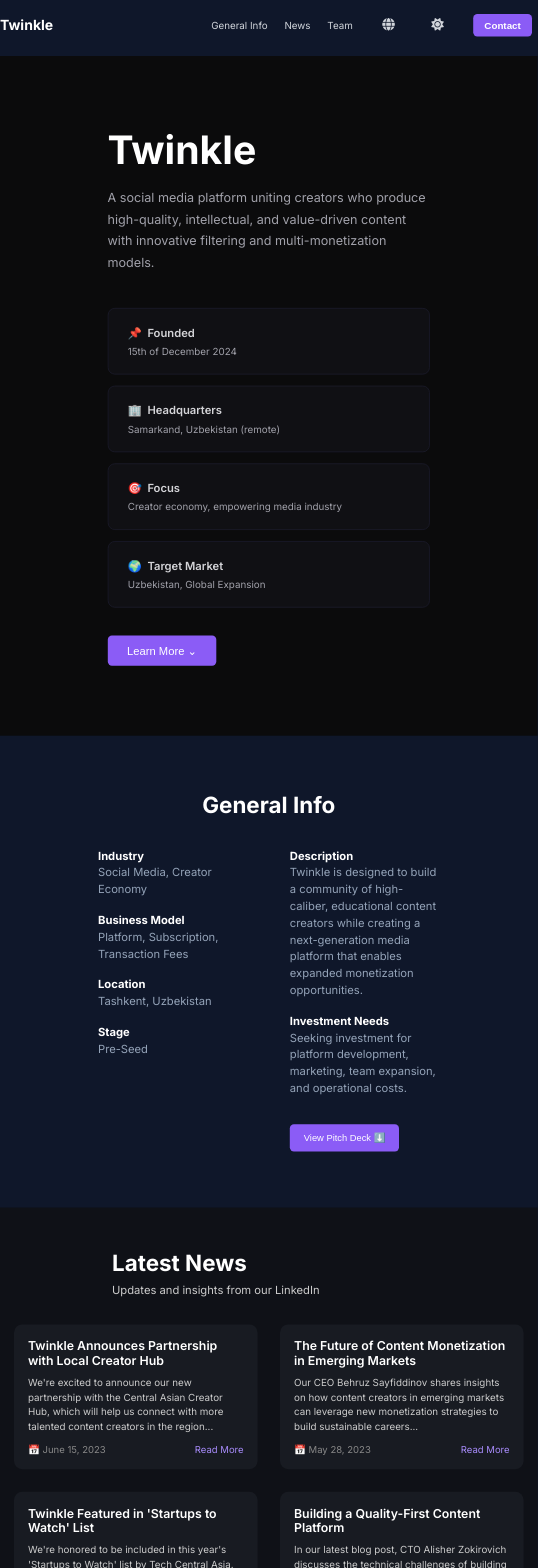
Repository: techboy-33/Twinkle-web
Page: index.html
The author's editor kept a copy of each file at every save. The page is drawn from the files as they stood at one save, then again after the next save.
The browser window is 768 px wide. The pictures show the part of the page from y = 0 to 2240 px (the page is 6280 px tall before and 6504 px after), at 70% of full size.

Above is the page before, as saved 2025-05-15 09:35:31.

### index.html
<!DOCTYPE html>
<html lang="en">

<head>
    <meta charset="UTF-8" />
    <meta name="viewport" content="width=device-width, initial-scale=1.0" />
    <title>Twinkle</title>
    <link href="styles.css" rel="stylesheet" />
    <link href="https://fonts.googleapis.com/css2?family=Inter:wght@400;600;700&display=swap" rel="stylesheet">
    <link rel="stylesheet" href="https://cdnjs.cloudflare.com/ajax/libs/font-awesome/6.5.0/css/all.min.css">
    <link rel="stylesheet" href="./base.css">
    <link rel="stylesheet" href="./responsive.css">
</head>

<body>
    <header class="navbar">
        <div class="container nav-inner">
            <div class="logo">Twinkle</div>
            <div class="nav-right">
                <nav class="nav-links">
                    <a href="#">General Info</a>
                    <a href="#">News</a>
                    <a href="#">Team</a>
                </nav>
                <div class="nav-icons">
                    <button class="icon-btn">
                        <i class="fa-solid fa-globe"></i>
                    </button>
                    <button class="icon-btn" id="theme-toggle">
                        <i class="fa-solid fa-sun"></i>
                    </button>
                    <button class="contact-btn">Contact</button>
                </div>
            </div>
        </div>
    </header>
    <section class="hero">
        <div class="hero-inner">
            <h1>Twinkle</h1>
            <p class="subtitle">
                A social media platform uniting creators who produce high-quality, intellectual, and value-driven
                content with innovative filtering and multi-monetization models.
            </p>

            <div class="info-grid">
                <div class="info-card">
                    <h3>Founded</h3>
                    <p>15th of December 2024</p>
                </div>
                <div class="info-card">
                    <h3>Headquarters</h3>
                    <p>Samarkand, Uzbekistan (remote)</p>
                </div>
                <div class="info-card">
                    <h3>Focus</h3>
                    <p>Creator economy, empowering media industry</p>
                </div>
                <div class="info-card">
                    <h3>Target Market</h3>
                    <p>Uzbekistan, Global Expansion</p>
                </div>
            </div>

            <button class="learn-btn">Learn More ⌄</button>
        </div>
    </section>
    <main class="container">
        <section class="general-info">
            <h2>General Info</h2>
            <div class="info-columns">
                <div class="left">
                    <p><strong>Industry</strong><br>Social Media, Creator Economy</p>
                    <p><strong>Business Model</strong><br>Platform, Subscription, Transaction Fees</p>
                    <p><strong>Location</strong><br>Tashkent, Uzbekistan</p>
                    <p><strong>Stage</strong><br>Pre-Seed</p>
                </div>
                <div class="right">
                    <p><strong>Description</strong><br>
                        Twinkle is designed to build a community of high-caliber, educational content creators while
                        creating a next-generation media platform that enables expanded monetization opportunities.
                    </p>
                    <p><strong>Investment Needs</strong><br>
                        Seeking investment for platform development, marketing, team expansion, and operational costs.
                    </p>
                    <button class="pitch-btn">View Pitch Deck ⬇️</button>
                </div>
            </div>
        </section>
    </main>
    <section class="news-section">
        <div class="container">
            <h2 class="news-title">Latest News</h2>
            <p class="news-subtitle">Updates and insights from our LinkedIn</p>

            <div class="news-grid">
                <!-- News Card 1 -->
                <div class="news-card">
                    <h3>Twinkle Announces Partnership with Local Creator Hub</h3>
                    <p>We're excited to announce our new partnership with the Central Asian Creator Hub, which will help
                        us connect with more talented content creators in the region...</p>
                    <div class="news-meta">
                        <span>📅 June 15, 2023</span>
                        <a href="#">Read More</a>
                    </div>
                </div>

                <!-- News Card 2 -->
                <div class="news-card">
                    <h3>The Future of Content Monetization in Emerging Markets</h3>
                    <p>Our CEO Behruz Sayfiddinov shares insights on how content creators in emerging markets can
                        leverage new monetization strategies to build sustainable careers...</p>
                    <div class="news-meta">
                        <span>📅 May 28, 2023</span>
                        <a href="#">Read More</a>
                    </div>
                </div>

                <!-- News Card 3 -->
                <div class="news-card">
                    <h3>Twinkle Featured in 'Startups to Watch' List</h3>
                    <p>We're honored to be included in this year's 'Startups to Watch' list by Tech Central Asia. This
                        recognition highlights our innovative approach to content creation...</p>
                    <div class="news-meta">
                        <span>📅 April 10, 2023</span>
                        <a href="#">Read More</a>
                    </div>
                </div>

                <!-- News Card 4 -->
                <div class="news-card">
                    <h3>Building a Quality-First Content Platform</h3>
                    <p>In our latest blog post, CTO Alisher Zokirovich discusses the technical challenges of building a
                        platform that prioritizes quality content while maintaining scalability...</p>
                    <div class="news-meta">
                        <span>📅 March 22, 2023</span>
                        <a href="#">Read More</a>
                    </div>
                </div>
            </div>

            <div class="view-all-wrapper">
                <button class="view-all-btn">View All Updates ⤵</button>
            </div>
        </div>
    </section>
    <section class="team-section">
        <div class="container">
            <h2 class="team-title">Our Team</h2>
            <p class="team-subtitle">Meet the passionate minds behind Twinkle</p>

            <div class="team-grid">
                <!-- Team Members -->
                <div class="team-card">
                    <img src="https://encrypted-tbn0.gstatic.com/images?q=tbn:ANd9GcR9CMIiPoEBXCQ0sEX700hf1_gQ1kkmD3HA4w&s"
                        alt="Behruz">
                    <h3>Behruz Sayfiddinov</h3>
                    <p class="role">Co-founder & CEO</p>
                    <p class="desc">Background in startups, business development & media.</p>
                    <div class="icons">
                        <a href="#"><i class="fas fa-envelope"></i></a>
                        <a href="#"><i class="fab fa-linkedin-in"></i></a>
                    </div>
                </div>

                <div class="team-card">
                    <img src="https://encrypted-tbn0.gstatic.com/images?q=tbn:ANd9GcR9CMIiPoEBXCQ0sEX700hf1_gQ1kkmD3HA4w&s"
                        alt="Alisher">
                    <h3>Alisher Zokirovich</h3>
                    <p class="role">Founder & CTO</p>
                    <p class="desc">Responsible for tech development and product vision.</p>
                    <div class="icons">
                        <a href="#"><i class="fas fa-envelope"></i></a>
                        <a href="#"><i class="fab fa-linkedin-in"></i></a>
                    </div>
                </div>

                <div class="team-card">
                    <img src="https://encrypted-tbn0.gstatic.com/images?q=tbn:ANd9GcR9CMIiPoEBXCQ0sEX700hf1_gQ1kkmD3HA4w&s"
                        alt="Member">
                    <h3>Le Minh Hoan</h3>
                    <p class="role">Frontend Developer</p>
                    <p class="desc">Creating seamless user experiences and interfaces.</p>
                    <div class="icons">
                        <a href="#"><i class="fas fa-envelope"></i></a>
                        <a href="#"><i class="fab fa-linkedin-in"></i></a>
                    </div>
                </div>

                <div class="team-card">
                    <img src="https://encrypted-tbn0.gstatic.com/images?q=tbn:ANd9GcR9CMIiPoEBXCQ0sEX700hf1_gQ1kkmD3HA4w&s"
                        alt="Member">
                    <h3>Doston Imomaliyev</h3>
                    <p class="role">Backend Developer</p>
                    <p class="desc">Building robust backend systems.</p>
                    <div class="icons">
                        <a href="#"><i class="fas fa-envelope"></i></a>
                        <a href="#"><i class="fab fa-linkedin-in"></i></a>
                    </div>
                </div>

                <div class="team-card">
                    <img src="https://encrypted-tbn0.gstatic.com/images?q=tbn:ANd9GcR9CMIiPoEBXCQ0sEX700hf1_gQ1kkmD3HA4w&s"
                        alt="Member">
                    <h3>Xojiakbar Sobirjonov</h3>
                    <p class="role">UX/UI Designer</p>
                    <p class="desc">Creating intuitive and beautiful user experiences.</p>
                    <div class="icons">
                        <a href="#"><i class="fas fa-envelope"></i></a>
                        <a href="#"><i class="fab fa-linkedin-in"></i></a>
                    </div>
                </div>
            </div>
        </div>
    </section>
    <section class="find-us-section">
        <div class="container">
            <h2 class="find-us-title">You can <span>Find Us</span></h2>
            <p class="find-us-subtitle">Connect with Twinkle across various platforms</p>
            <div class="find-us-grid">
                <div class="find-us-card linkedin">
                    <i class="fab fa-linkedin-in"></i>
                    <h3>LinkedIn</h3>
                    <p>linkedin.com/company/twinkle-uz</p>
                </div>
                <div class="find-us-card startup-base">
                    <i class="fas fa-globe"></i>
                    <h3>Startup Base</h3>
                    <p>startupbase.uz/en/startups/39</p>
                </div>
                <div class="find-us-card amazon">
                    <i class="fas fa-seedling"></i>
                    <h3>Amazon Startups</h3>
                    <p>AWS Startup Showcase</p>
                </div>
                <div class="find-us-card instagram">
                    <i class="fab fa-instagram"></i>
                    <h3>Instagram</h3>
                    <p>instagram.com/twinkle_uzbekistan</p>
                </div>
                <div class="find-us-card telegram">
                    <i class="fab fa-telegram-plane"></i>
                    <h3>Telegram</h3>
                    <p>t.me/twinkle_uzbekistan</p>
                </div>
            </div>
        </div>
    </section>
    <section class="contact-section">
        <div class="container contact-container">
            <h2 class="contact-title">Contact Us</h2>
            <p class="contact-description">
                Interested in learning more about Twinkle or discussing investment opportunities? We’d love to hear from
                you.
            </p>

            <div class="contact-methods">
                <div class="contact-box">
                    <i class="fas fa-envelope"></i>
                    <p>info@twinkle.com</p>
                </div>
                <div class="contact-box">
                    <i class="fab fa-linkedin-in"></i>
                    <p>LinkedIn</p>
                </div>
            </div>

            <form class="contact-form">
                <div class="form-row">
                    <input type="text" placeholder="Name" required />
                    <input type="email" placeholder="Email" required />
                </div>
                <input type="text" placeholder="Subject" required />
                <textarea placeholder="Message" rows="5" required></textarea>
                <button type="submit" class="send-btn">Send Message</button>
            </form>
        </div>

    </section>
    <footer class="contact-footer">
        <p class="footer-brand">Twinkle</p>
        <p class="footer-rights">© 2025 Twinkle, Inc. All rights reserved.</p>
    </footer>
    <script src="./js.js"></script>
</body>

</html>

### styles.css
* {
  margin: 0;
  padding: 0;
  box-sizing: border-box;
}

body {
  margin: 0;
  background-color: #0f172a;
  font-family: 'Inter', sans-serif;
  color: #cbd5e1;
  padding-top: 80px;
}

.container {
  max-width: 1200px;
  margin: 0 auto;
}

.navbar {
  position: fixed;
  top: 0;
  width: 100%;
  background-color: #0f172a;
  z-index: 1000;
  padding: 20px 0;
}

.nav-inner {
  display: flex;
  justify-content: space-between;
  align-items: center;
}

.hero {
  background-color: #0b0b0c;
  color: #fff;
  padding: 100px 0;
}

.hero-inner {
  padding: 0 20%;
  display: flex;
  flex-direction: column;
  align-items: flex-start;
}


.logo {
  font-size: 20px;
  font-weight: 700;
  color: white;
}

.nav-right {
  display: flex;
  align-items: center;
  gap: 24px;
}

.nav-links {
  display: flex;
  gap: 24px;
}

.nav-links a {
  text-decoration: none;
  color: #d1d5db;
  font-weight: 500;
  font-size: 14px;
}

.nav-icons {
  width: 240px;
  display: flex;
  align-items: center;
  justify-content: space-around;
  gap: 16px;
}

.icon-btn {
  background: none;
  border: none;
  color: #d1d5db;
  font-size: 18px;
  cursor: pointer;
}
.icon-btn i {
  padding: 5px 10px;
}

.contact-btn {
  background-color: #8b5cf6;
  border: none;
  color: white;
  padding: 8px 16px;
  border-radius: 6px;
  font-weight: 600;
  font-size: 14px;
  cursor: pointer;
}


.main-container {
  max-width: 1200px;
  margin: 60px auto;
  padding-left: 60px;
  display: flex;
  justify-content: flex-start;
}


.hero-inner h1 {
  font-size: 56px;
  font-weight: 800;
  margin-bottom: 20px;
}

.subtitle {
  font-size: 18px;
  max-width: 720px;
  color: #a1a1aa;
  margin-bottom: 50px;
  line-height: 1.7;
}

.info-grid {
  display: grid;
  grid-template-columns: repeat(2, 1fr);
  gap: 24px 40px;
  width: 100%;
  margin-bottom: 40px;
}

.info-card {
  background-color: #101014;
  padding: 24px 28px;
  border: 1px solid #1e1e2e;
  border-radius: 10px;
  display: flex;
  flex-direction: column;
  gap: 8px;
}

.info-card h3 {
  font-size: 16px;
  color: #d4d4d8;
  font-weight: 600;
  display: flex;
  align-items: center;
  gap: 8px;
}

.info-card h3::before {
  content: '📌';
  color: #a855f7;
}

.info-card:nth-child(2) h3::before {
  content: '🏢';
}

.info-card:nth-child(3) h3::before {
  content: '🎯';
}

.info-card:nth-child(4) h3::before {
  content: '🌍';
}

.info-card p {
  font-size: 14px;
  color: #a1a1aa;
}

.learn-btn {
  background-color: #8b5cf6;
  color: white;
  padding: 12px 28px;
  font-size: 16px;
  border-radius: 6px;
  border: none;
  cursor: pointer;
  transition: background 0.3s ease;
}

.learn-btn:hover {
  background-color: #7c3aed;
}

/* General Info Section */
.general-info {
  padding: 80px 140px;
}

.general-info h2 {
  text-align: center;
  font-size: 32px;
  color: white;
  margin-bottom: 40px;
}

.info-columns {
  display: flex;
  gap: 60px;
  justify-content: space-between;
}

.info-columns .left,
.info-columns .right {
  flex: 1;
}

.info-columns p {
  margin-bottom: 20px;
  color: #94a3b8;
  line-height: 24px;
}

.info-columns strong {
  color: white;
}

/* Pitch Deck Button */
.pitch-btn {
  background-color: #8b5cf6;
  color: white;
  border: none;
  padding: 12px 20px;
  font-weight: 500;
  border-radius: 6px;
  margin-top: 20px;
  cursor: pointer;
}

/* new section */
.news-section {
  background-color: #0f1117;
  color: #fff;
  padding: 60px 20px;
}

.news-title {
  font-size: 2rem;
  font-weight: 700;
  margin-bottom: 8px;
  padding-left: 140px;
}

.news-subtitle {
  color: #ccc;
  margin-bottom: 40px;
  padding-left: 140px;

}

.news-grid {
  display: grid;
  grid-template-columns: repeat(2, 1fr);
  gap: 32px;
  max-width: 1200px;
  margin: 0 auto;
}

.news-card {
  background-color: #181b22;
  border-radius: 12px;
  padding: 20px;
  transition: background 0.3s;
}

.news-card h3 {
  font-size: 1.1rem;
  font-weight: 600;
  margin-bottom: 10px;
}

.news-card p {
  font-size: 14px;
  line-height: 1.5;
  color: #ccc;
}

.news-meta {
  display: flex;
  justify-content: space-between;
  align-items: center;
  font-size: 0.85rem;
  margin-top: 15px;
  color: #888;
}

.news-meta a {
  color: #a78bfa;
  text-decoration: none;
  font-weight: 500;
}

.view-all-wrapper {
  text-align: center;
  margin-top: 40px;
}

.view-all-btn {
  background-color: #1f2230;
  color: #fff;
  padding: 10px 20px;
  border-radius: 8px;
  border: 1px solid #333;
  cursor: pointer;
  transition: all 0.2s ease;
}

.view-all-btn:hover {
  background-color: #2c2f3e;
}

/* team section */
.team-section {
  padding: 4rem 1rem;
  background-color: #0f121e;
  color: white;
  text-align: center;
}

.team-title {
  font-size: 2.5rem;
  margin-bottom: 0.5rem;
}

.team-subtitle {
  font-size: 1.1rem;
  margin-bottom: 4rem;
  color: #aaa;
}

.team-grid {
  display: flex;
  flex-wrap: wrap;
  justify-content: center;
  gap: 2rem;
}

.team-card {
  background-color: #131829;
  border-radius: 12px;
  padding: 2rem 1.5rem;
  width: 360px;
  text-align: center;
  box-shadow: 0 0 10px rgba(0, 0, 0, 0.2);
}

.team-card img {
  width: 110px;
  height: 110px;
  border-radius: 50%;
  background-color: white;
  object-fit: cover;
  margin-bottom: 1rem;
}

.team-card h3 {
  font-size: 1.25rem;
  margin-bottom: 0.25rem;
}

.team-card .role {
  font-weight: bold;
  color: #9f70ff;
  margin-bottom: 0.5rem;
}

.team-card .desc {
  font-size: 0.95rem;
  color: #aaa;
  margin-bottom: 1rem;
}

.team-card .icons a {
  color: white;
  margin: 0 0.5rem;
  font-size: 1.1rem;
}


.icons a:hover {
  color: #a76cff;
}

/* Find Us */
.find-us-section {
  background-color: #0e1117;
  padding: 80px 20px;
  text-align: center;
  color: #fff;
}

.find-us-title {
  font-size: 2rem;
  font-weight: 700;
  margin-bottom: 10px;
}

.find-us-title span {
  color: #ffffffcc;
}

.find-us-subtitle {
  color: #c0c0c0;
  margin-bottom: 50px;
  font-size: 1rem;
}

.find-us-grid {
  display: flex;
  flex-wrap: wrap;
  justify-content: start;
  gap: 20px;
}

.find-us-card {
  background-color: #0b0d13;
  border: 1px solid #1f1f1f;
  border-radius: 12px;
  padding: 30px;
  width: 360px;
  text-align: center;
  transition: all 0.3s ease;
}

.find-us-card:hover {
  transform: translateY(-5px);
  border-color: #2c7cf4;
}

.find-us-card i {
  font-size: 2rem;
  margin-bottom: 15px;
  display: block;
}

.find-us-card h3 {
  font-size: 1.1rem;
  font-weight: 600;
  margin-bottom: 5px;
}

.find-us-card p {
  font-size: 0.9rem;
  color: #999;
}

/* Optional: Different icon colors per platform */
.find-us-card.linkedin i {
  color: #0077b5;
}

.find-us-card.startup-base i {
  color: #00cc66;
}

.find-us-card.amazon i {
  color: #ff9900;
}

.find-us-card.instagram i {
  color: #e1306c;
}

.find-us-card.telegram i {
  color: #0088cc;
}

/* Contact */
.contact-section {
  background-color: #1a222e;
  color: #fff;
  padding: 60px 20px 20px;
  font-family: 'Inter', sans-serif;
}

.contact-container {
  display: flex;
  flex-direction: column;
  align-items: center;
  max-width: 700px;
  margin: 0 auto;
  text-align: center;
}

.contact-title {
  font-size: 2rem;
  font-weight: 700;
  margin-bottom: 10px;
}

.contact-description {
  font-size: 0.95rem;
  color: #a0aec0;
  margin-bottom: 30px;
}

.contact-methods {
  display: flex;
  justify-content: center;
  gap: 20px;
  margin-bottom: 40px;
}

.contact-box {
  background-color: #191c24;
  padding: 20px;
  border-radius: 10px;
  width: 150px;
  color: #fff;
  display: flex;
  flex-direction: column;
  align-items: center;
}

.contact-box i {
  font-size: 1.2rem;
  color: #9b5df7;
  margin-bottom: 10px;
}

.contact-form {
  display: flex;
  flex-direction: column;
  gap: 15px;
  width: 600px;
}

.form-row {
  display: flex;
  gap: 10px;
}

.form-row input {
  flex: 1;
}

.contact-form input,
.contact-form textarea {
  background-color: #191c24;
  border: none;
  border-radius: 5px;
  padding: 10px;
  color: #fff;
  font-size: 0.95rem;
}

.contact-form input::placeholder,
.contact-form textarea::placeholder {
  color: #718096;
}

.send-btn {
  background-color: #9b5df7;
  color: white;
  padding: 12px;
  border: none;
  border-radius: 6px;
  font-weight: 600;
  cursor: pointer;
  transition: background 0.3s;
}

.send-btn:hover {
  background-color: #7a3fdd;
}

.contact-footer {
  padding: 30px 20px;
  border-top: 1px solid #2d3748;
  display: flex;
  background-color: #0e121b;
  justify-content: space-around;
}

.footer-brand {
  font-weight: bold;
  margin-bottom: 5px;
}

.footer-rights {
  font-size: 0.8rem;
  color: #a0aec0;
}

### base.css
body.light-mode {
  background-color: #ffffff;
  color: #111111;
}

body.light-mode .navbar,
body.light-mode .hero,
body.light-mode .general-info,
body.light-mode .news-section,
body.light-mode .team-section,
body.light-mode .find-us-section,
body.light-mode .contact-section,
body.light-mode .contact-footer {
  background-color: #ffffff !important;
  color: #111111 !important;
}

body.light-mode .info-card,
body.light-mode .news-card,
body.light-mode .team-card,
body.light-mode .find-us-card,
body.light-mode .contact-box,
body.light-mode .contact-form input,
body.light-mode .contact-form textarea {
  background-color: #f0f0f0 !important;
  color: #111111 !important;
}

body.light-mode a {
  color: #4f46e5;
}

body.light-mode .subtitle,
body.light-mode .news-subtitle,
body.light-mode .team-subtitle,
body.light-mode .desc,
body.light-mode .find-us-card p,
body.light-mode .contact-description {
  color: #444 !important;
}

### responsive.css
/* phone styles */
@media (max-width: 768px) {
  .info-grid {
    display: flex;
    flex-direction: column;
    gap: 1rem;
  }
}

### js.js

const toggleBtn = document.getElementById('theme-toggle');
const icon = toggleBtn.querySelector('i');

toggleBtn.addEventListener('click', () => {
    document.body.classList.toggle('light-mode');

    if (document.body.classList.contains('light-mode')) {
        icon.classList.remove('fa-sun');
        icon.classList.add('fa-moon');
    } else {
        icon.classList.remove('fa-moon');
        icon.classList.add('fa-sun');
    }
});

After the next save:
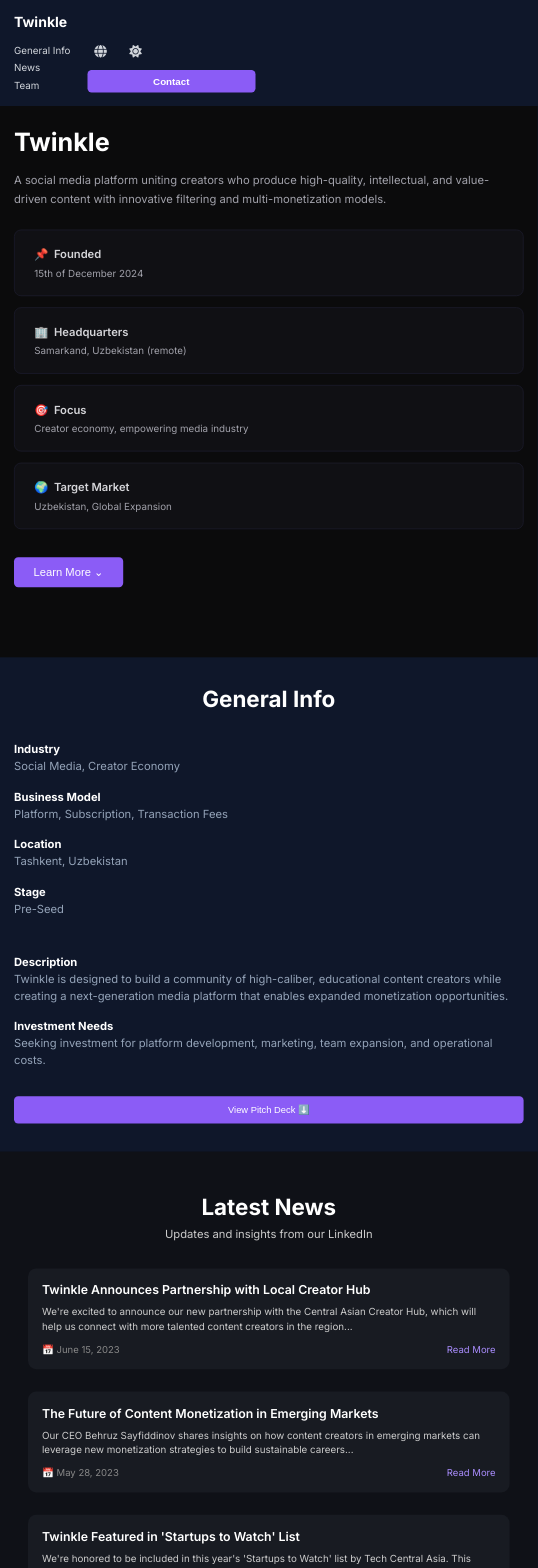
Saved 3 min 46 s later.
--- a/responsive.css
+++ b/responsive.css
@@ -1,8 +1,122 @@
 /* phone styles */
 @media (max-width: 768px) {
-  .info-grid {
-    display: flex;
-    flex-direction: column;
-    gap: 1rem;
-  }
+  .nav-inner {
+  flex-direction: column;
+  align-items: flex-start;
+  gap: 16px;
+  padding: 0 20px;
 }
+
+.nav-links {
+  flex-direction: column;
+  gap: 8px;
+}
+
+.nav-icons {
+  justify-content: flex-start;
+  flex-wrap: wrap;
+  gap: 12px;
+}
+
+.contact-btn {
+  width: 100%;
+  text-align: center;
+}
+
+/* Hero Section */
+.hero-inner {
+  padding: 0 20px;
+  align-items: flex-start;
+  text-align: left;
+}
+
+.hero-inner h1 {
+  font-size: 36px;
+}
+
+.subtitle {
+  font-size: 16px;
+  margin-bottom: 30px;
+}
+
+/* Info Grid */
+.info-grid {
+  grid-template-columns: 1fr;
+  gap: 16px;
+}
+
+/* General Info */
+.general-info {
+  padding: 40px 20px;
+}
+
+.info-columns {
+  flex-direction: column;
+  gap: 32px;
+}
+
+.pitch-btn {
+  width: 100%;
+  text-align: center;
+}
+
+/* News Section */
+.news-title,
+.news-subtitle {
+  padding-left: 0;
+  text-align: center;
+}
+
+.news-grid {
+  grid-template-columns: 1fr;
+  padding: 0 20px;
+}
+
+/* Team Section */
+.team-grid {
+  flex-direction: column;
+  align-items: center;
+}
+
+.team-card {
+  width: 100%;
+  max-width: 320px;
+}
+
+/* Find Us */
+.find-us-grid {
+  justify-content: center;
+  flex-direction: column;
+  align-items: center;
+}
+
+.find-us-card {
+  width: 100%;
+  max-width: 320px;
+}
+
+/* Contact Section */
+.contact-form {
+  width: 100%;
+  padding: 0 10px;
+}
+
+.form-row {
+  flex-direction: column;
+}
+
+.form-row input {
+  width: 100%;
+}
+
+.send-btn {
+  width: 100%;
+}
+
+/* Footer */
+.contact-footer {
+  flex-direction: column;
+  text-align: center;
+  gap: 16px;
+}
+}
